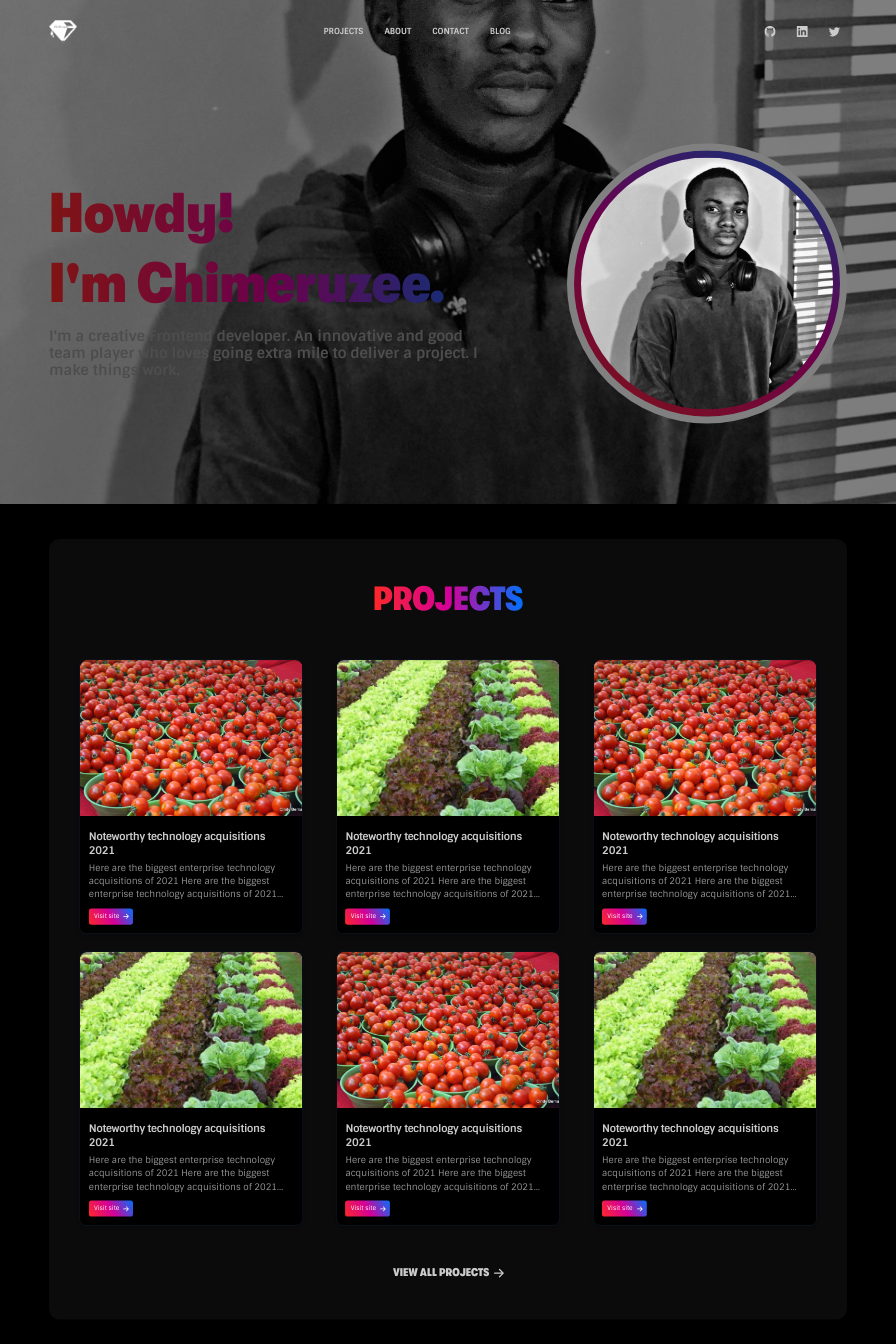
Repository: Ehceyn/ChimeruzeePortfolio
Page: /
These files come from the project's save history. The page is drawn as it stood at one moment and after the next save; the edit follows.
The browser window is 1280 px wide. The pictures show the part of the page from y = 0 to 1920 px (the page is 2801 px tall), at 70% of full size.
The project was rebuilt for these pictures with package versions that can differ from the ones it lists, and the page was loaded fresh each time. The framework's server and built-in components were replaced by stand-ins that run in the browser. Also part of the build but not shown: next.config.js.

Above is the page before, as saved 2022-07-04 09:31:06.

After the next save:
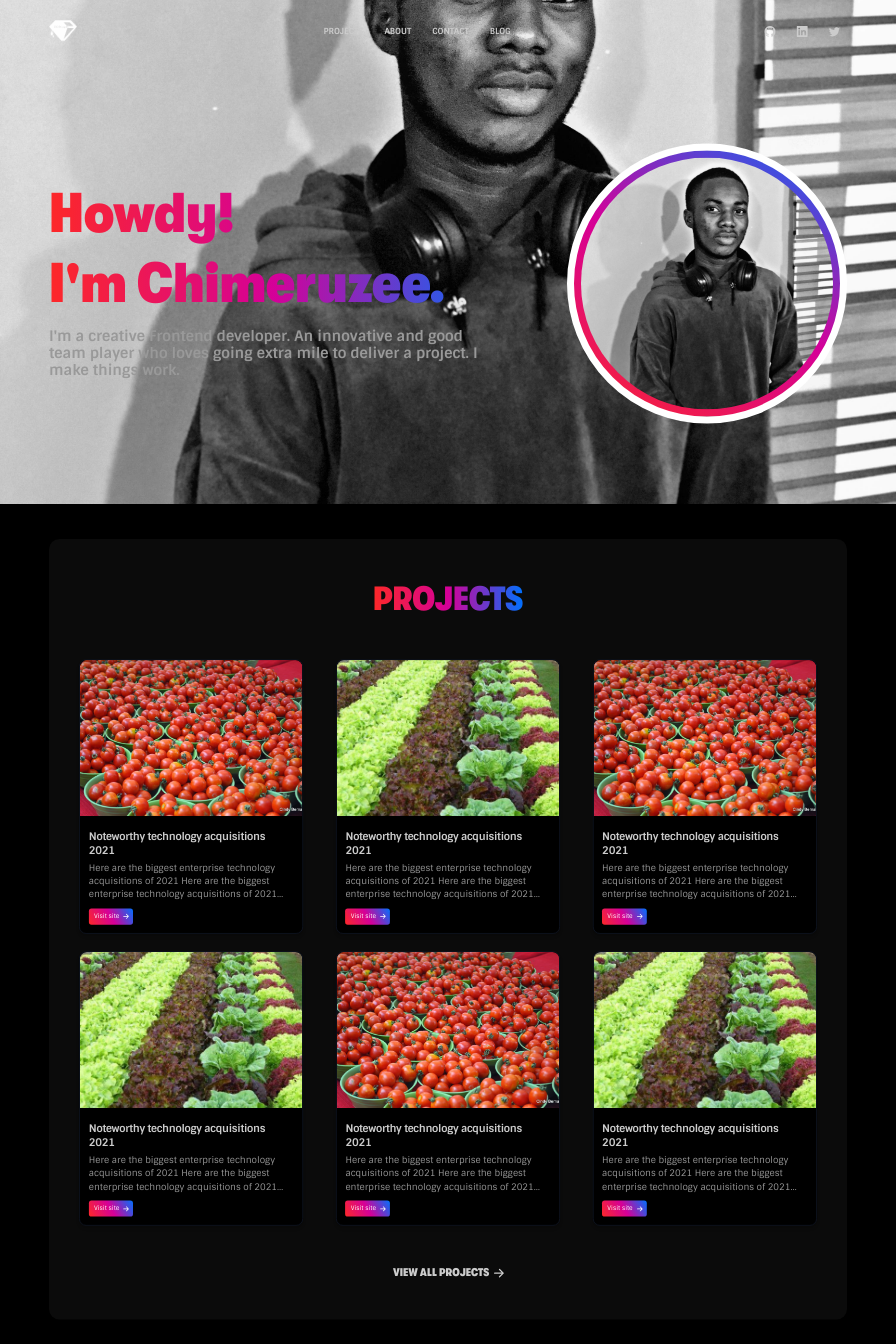
Saved 14 s later.
--- a/styles/global.css
+++ b/styles/global.css
@@ -160,8 +160,8 @@
   right: 0px;
   bottom: 0px;
   left: 0px;
-  opacity: 0.75;
-  background-color: rgba(0, 0, 0, 0.664);
+  opacity: 0.85;
+  /* background-color: rgba(0, 0, 0, 0.664); */
 }
 
 /*
